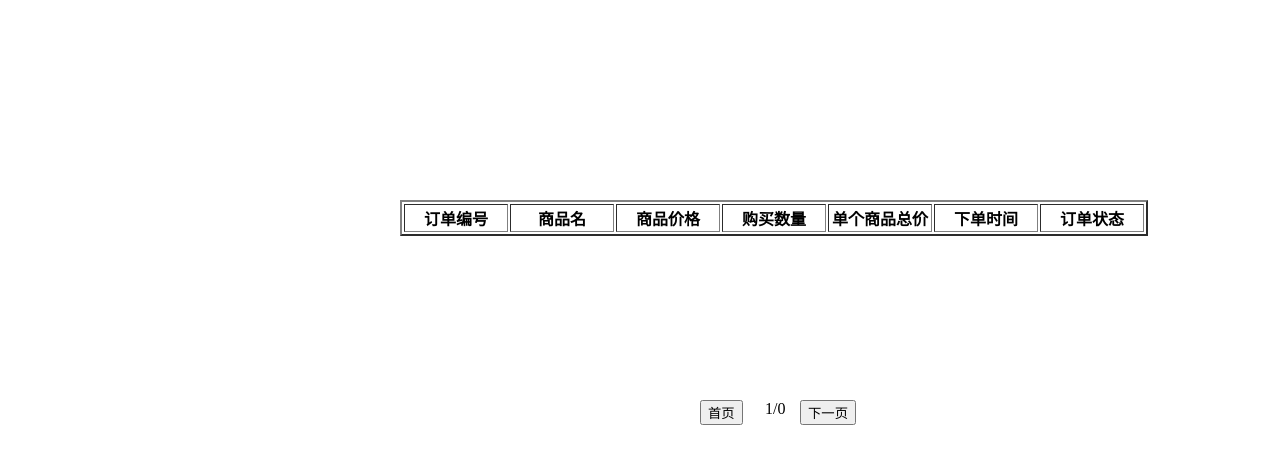
Repository: Gale-student/Gale-student.github.io
Page: http://localhost/weshop/OrdersDetailQueryAllServlet
The author's editor kept a copy of each file at every save. The page is drawn from the files as they stood at one save, then again after the next save.
The browser window is 1280 px wide. The pictures show the whole page.
The page is served by Tomcat 9. Queries for data that is not in the repository find no rows.

Above is the page before, as saved 2022-10-05 05:03:17.

After the next save:
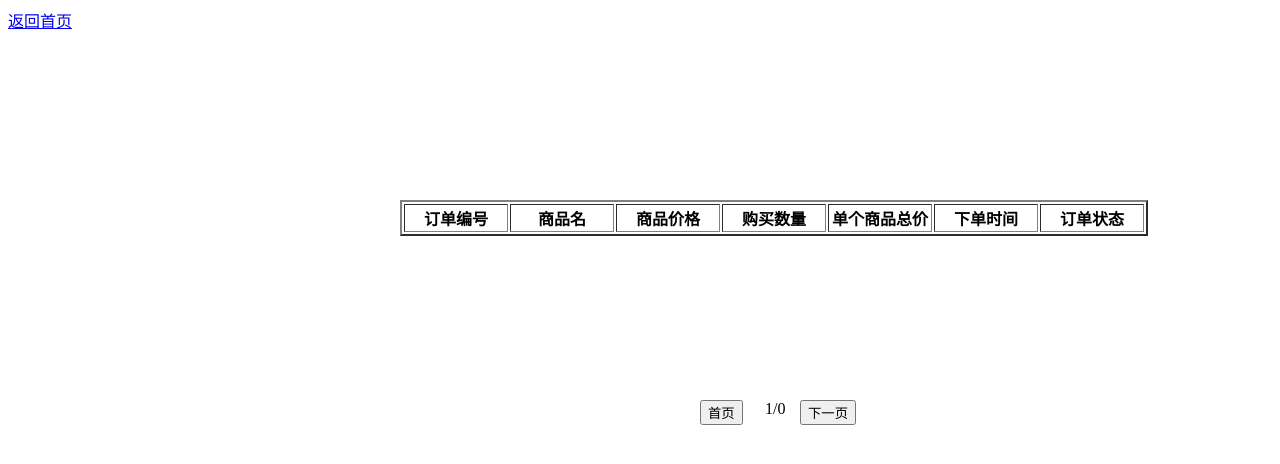
Saved 2 min 56 s later.
--- a/WeShop/weshop/WebRoot/WEB-INF/jsp/OrdersQueryOfUser.jsp
+++ b/WeShop/weshop/WebRoot/WEB-INF/jsp/OrdersQueryOfUser.jsp
@@ -43,6 +43,7 @@ String basePath = request.getScheme()+"://"+request.getServerName()+":"+request.
   </head>
 
   <body>
+    <a href="ShoppingHomePage.jsp">返回首页</a>
     <table style="position: absolute; left: 400px; top: 200px; text-align: center;" border="2" cellspacing="2">
        <tr>
           <th>订单编号</th>
